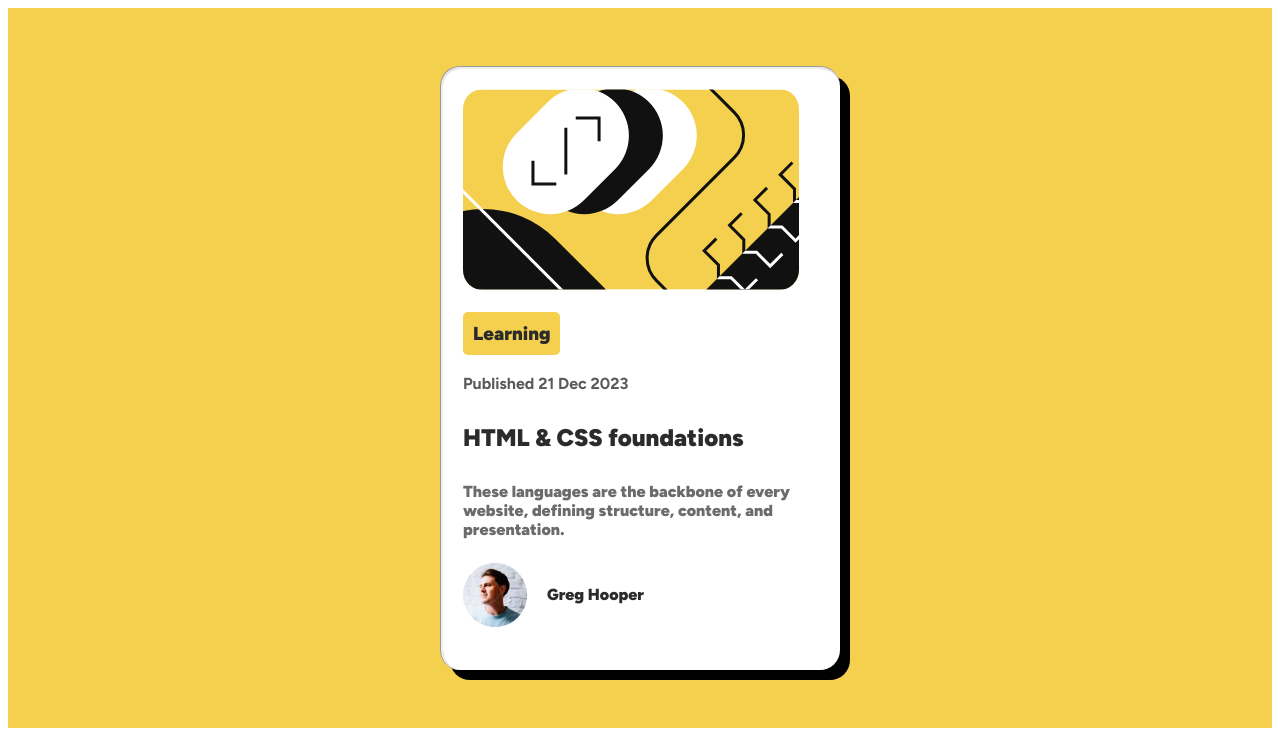
Repository: reemoon-ctrl/blog-preview-card
Page: index.html
The author's editor kept a copy of each file at every save. The page is drawn from the files as they stood at one save, then again after the next save.
The browser window is 1280 px wide. The pictures show the whole page.

Above is the page before, as saved 2024-07-19 15:34:15.

### index.html
<!DOCTYPE html>
<html>
    <head>
        <title>Frontend Mentor | Blog preview card</title>
        <link rel="stylesheet" href="index.css" />
        <style>
            @import url('https://fonts.googleapis.com/css2?family=Figtree:ital,wght@0,300..900;1,300..900&display=swap');
        </style>


    </head>
    <body>
        <article class="blog-card-article">
            <div class="blog-card">
                <img class="blog-img"src="img\illustration-article.svg" alt="illustration-article" />
                <h3 class="blog-category">Learning</h3>
                <b class="blog-date">Published 21 Dec 2023</b>
                <h1 class="blog-title">HTML & CSS foundations</h1>
                <b class="blog-discrip">These languages are the backbone of every website, defining structure, content, and presentation.</b>
                <h2 class="blog-author"><img  src="img\image-avatar.webp" alt="Greg Hooper avatar"/>Greg Hooper</h2>
            </div>
        </article>

    </body>
</html>

### index.css
.blog-card-article{
    min-height: 100vh;
    display: flex;
    align-items:center;
    justify-content: center;
    background-color: hsl(47, 88%, 63%);


}

.blog-card{
    background-color: white;
    padding: 20px 20px 20px 20px;
    border-left-style: groove;
    /* border-left-color: hsl(0, 0%, 17%); */
    border-top:groove ;
    border-radius: 20px;
    flex-basis: 400px;
    box-shadow:10px 10px;
}

.blog-img{
    border-radius: 20px;


}

.blog-category{

    background-color: hsl(47, 88%, 63%);
    width:fit-content;
    border-radius: 5px;
    padding: 10px 10px;
    font-family: "Figtree", sans-serif;
    font-optical-sizing: auto;
    font-weight: 900;
    font-style:normal;
    color: hsl(0, 0%, 17%);



}

.blog-date{
    color: hsl(0, 0%, 35%);
    padding: 10px 0;
    font-family: "Figtree", sans-serif;
    font-optical-sizing: auto;
    font-weight: 700;
    font-style: normal;

}

.blog-title{
    padding: 10px 0;
    font-family: "Figtree", sans-serif;
    font-optical-sizing: auto;
    font-weight: 900;
    font-style: normal;
    color: hsl(0, 0%, 17%);

}
.blog-discrip{
    color:hsl(0, 0%, 42%);
    padding: 10px 0px;
    font-family: "Figtree", sans-serif;
    font-optical-sizing: auto;
    font-weight: 900;
    font-style: normal;

}

.blog-author{

    display: flex;
    align-items:center;
    padding: 10px 0px;
    gap: 20px;
    font-family: "Figtree", sans-serif;
    font-optical-sizing: auto;
    font-weight:900;
    font-style: normal;
    color: hsl(0, 0%, 17%);
    font-size: 16px;

}
*{
    box-sizing: border-box;
}

After the next save:
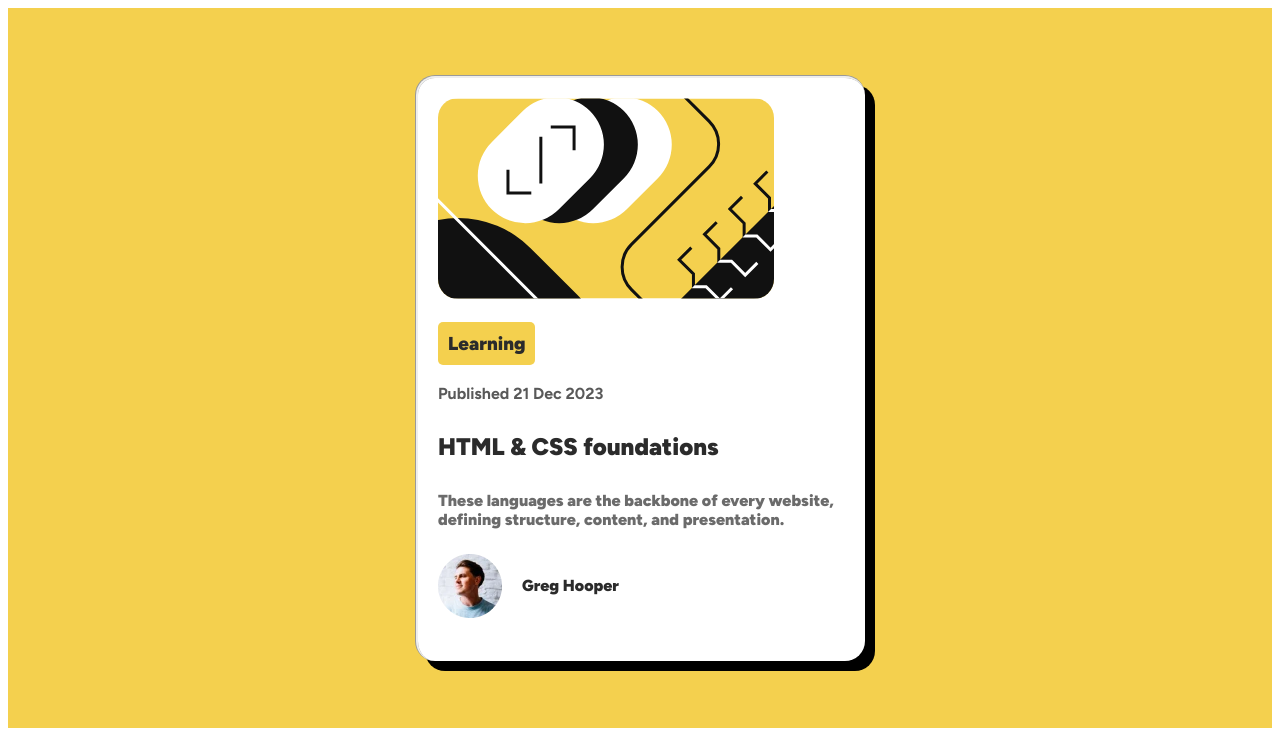
Saved 4 s later.
--- a/index.css
+++ b/index.css
@@ -15,7 +15,7 @@
     /* border-left-color: hsl(0, 0%, 17%); */
     border-top:groove ;
     border-radius: 20px;
-    flex-basis: 400px;
+    flex-basis: 450px;
     box-shadow:10px 10px;
 }
 
